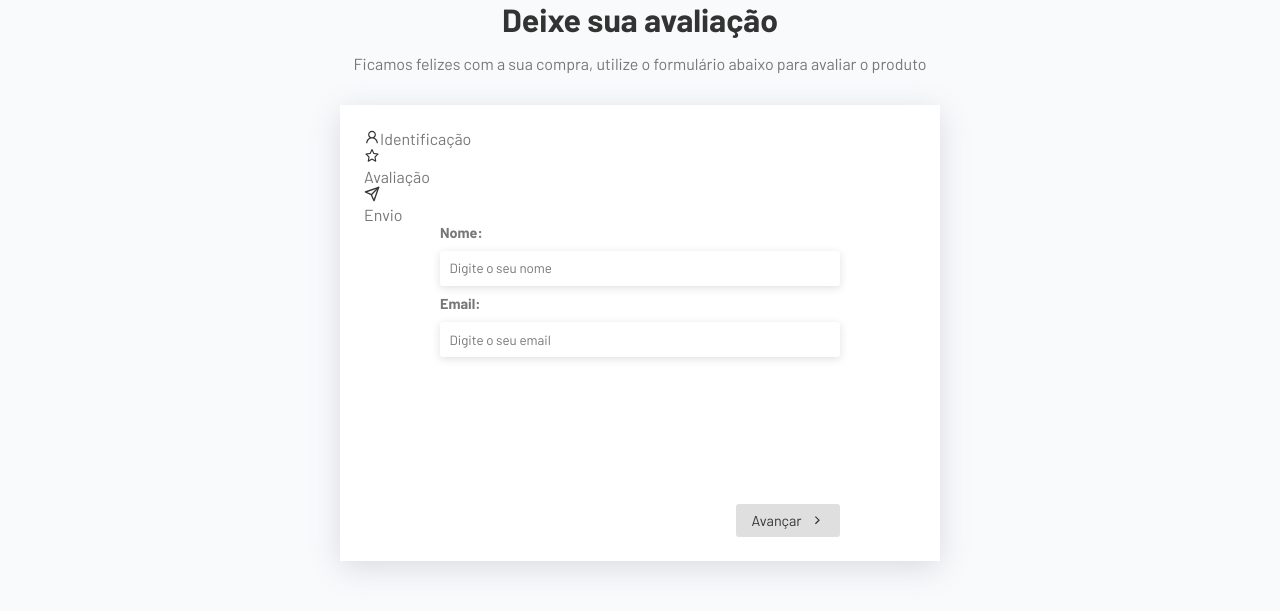
Repository: Bitroia/multistep_form_react
Page: / (app in multistep_form_react/)
An editor plug-in stored every save of this project. The page is shown before and after the next save, followed by the edit.
The browser window is 1280 px wide. The pictures show the whole page.
The project was rebuilt for these pictures with package versions that can differ from the ones it lists, and the page was loaded fresh each time. Also part of the build but not shown: multistep_form_react/vite.config.js, multistep_form_react/src/components/ReviewForm.jsx, multistep_form_react/src/components/Thanks.jsx.

Above is the page before, as saved 2026-06-12 14:27:45.

### multistep_form_react/index.html
<!doctype html>
<html lang="pt-br">
  <head>
    <meta charset="UTF-8" />
    <link rel="icon" type="image/svg+xml" href="/favicon.svg" />
    <link rel="preconnect" href="https://fonts.googleapis.com" />
    <link rel="preconnect" href="https://fonts.gstatic.com" crossorigin />
    <link
      href="https://fonts.googleapis.com/css2?family=Barlow:ital,wght@0,100;0,200;0,300;0,400;0,500;0,600;0,700;0,800;0,900;1,100;1,200;1,300;1,400;1,500;1,600;1,700;1,800;1,900&family=Lato:ital,wght@0,100;0,300;0,400;0,700;0,900;1,100;1,300;1,400;1,700;1,900&family=Montserrat:ital,wght@0,100..900;1,100..900&family=Roboto:ital,wght@0,100..900;1,100..900&display=swap"
      rel="stylesheet"
    />
    <meta name="viewport" content="width=device-width, initial-scale=1.0" />
    <title>Multistep Form com React</title>
  </head>
  <body>
    <div id="root"></div>
    <script type="module" src="/src/main.jsx"></script>
  </body>
</html>

### multistep_form_react/src/index.css
* {
  font-family: "Barlow";
  padding: 0;
  margin: 0;
  box-sizing: border-box;
  color: #333;
}

p {
  color: #777;
}

body {
  background-color: #f9fafc;
}

### multistep_form_react/src/App.jsx
//! Components
import { GrFormNext, GrFormPrevious } from "react-icons/gr";
import { FiSend } from "react-icons/fi";
import UserForm from "./components/UserForm";
import ReviewForm from "./components/ReviewForm";
import Thanks from "./components/Thanks";
import Steps from "./components/Steps";
import { useState } from "react";

//! Hooks

import { useForm } from "./hooks/UseForm";

import "./App.css";

function App() {
  const formComponents = [<UserForm />, <ReviewForm />, <Thanks />];

  const { currentStep, currentComponent, changeStep, isLastStep, isFirstStep } =
    useForm(formComponents);

  return (
    <div className="App">
      <div className="header">
        <h2>Deixe sua avaliação</h2>
        <p>
          Ficamos felizes com a sua compra, utilize o formulário abaixo para
          avaliar o produto
        </p>
      </div>
      <div className="form-container">
        <Steps currentStep={currentStep} />
        <form onSubmit={(e) => changeStep(currentStep + 1, e)}>
          <div className="inputs-container">{currentComponent}</div>
          <div className="actions">
            {!isFirstStep && (
              <button type="button" onClick={() => changeStep(currentStep - 1)}>
                <GrFormPrevious />
                <span>Voltar</span>
              </button>
            )}
            {!isLastStep ? (
              <button type="submit">
                <span>Avançar</span>
                <GrFormNext />
              </button>
            ) : (
              <button type="button">
                <span>Enviar</span>
                <FiSend />
              </button>
            )}
          </div>
        </form>
      </div>
    </div>
  );
}

export default App;

### multistep_form_react/src/components/UserForm.jsx
import React from "react";

const UserForm = () => {
  return (
    <div>
      <div className="form-control">
        <label htmlFor="name">Nome:</label>
        <input
          type="text"
          name="text"
          id="name"
          placeholder="Digite o seu nome"
          required
        />
        <label htmlFor="name">Email:</label>
        <input
          type="email"
          name="email"
          id="email"
          placeholder="Digite o seu email"
          required
        />
      </div>
    </div>
  );
};

export default UserForm;

### multistep_form_react/src/components/Steps.jsx
import React from "react";
import "./Steps.css";
import { AiOutlineUser, AiOutlineStar } from "react-icons/ai";
import { FiSend } from "react-icons/fi";

const Steps = ({currentStep}) => {
  return (
    <div className="steps">
      <div className="step active">
        <AiOutlineUser />
        <p>Identificação</p>
      </div>
      <div className={`step ${currentStep >= 1 ? "active" : ""}`}>
        <AiOutlineStar />
        <p>Avaliação</p>
      </div>
      <div className={`step ${currentStep >= 2 ? "active" : ""}`}>
        <FiSend />
        <p>Envio</p>
      </div>
    </div>
  );
};

export default Steps;

### multistep_form_react/src/hooks/useForm.jsx
import { useState } from "react";

export function useForm(steps) {
  const [currentStep, setCurrentStep] = useState(0);

  function changeStep(i, e) {
    if (e) e.preventDefault();

    if (i < 0 || i >= steps.length) return;

    setCurrentStep(i);
  }

  return {
    currentStep,
    currentComponent: steps[currentStep],
    changeStep,
    isLastStep: currentStep + 1 === steps.length ? true : false,
    isFirstStep: currentStep === 0 ? true : false,
  };
}

### multistep_form_react/src/App.css
.app {
  padding: 2rem;
}

/* Cabeçalho */

.header {
  text-align: center;
  margin-bottom: 2rem;
}

.header h2 {
  font-size: 2rem;
  margin-bottom: 1rem;
}

/* Forms */

.form-container {
  max-width: 600px;
  margin: 0 auto;
  background-color: #fff;
  padding: 1.5rem;
  box-shadow: rgba(100, 100, 111, 0.2) 0px 7px 29px 0px;
}

.form-container form {
  max-width: 400px;
  margin: 0 auto;
}

.inputs-container {
  min-height: 280px;
}

.form-control {
  display: flex;
  flex-direction: column;
  margin-bottom: 2rem;
  gap: 0.6rem;
}

label {
  font-weight: bold;
  font-size: 0.9rem;
  color: #777;
}

input,
textarea {
  padding: 0.6rem;
  border: none;
  border-radius: 3px;
  box-shadow: rgba(99, 99, 99, 0.2) 0px 2px 8px 0;
}

textarea {
  height: 120px;
}

/* Actions */

.actions {
  display: flex;
  justify-content: flex-end;
  gap: 1rem;
}

.actions button {
  font-size: 0.9rem;
  padding: 0.5rem 1rem;
  gap: 0.5rem;
  display: flex;
  align-items: center;
  border-radius: 3px;
  background-color: #dfdfdf;
  cursor: pointer;
  border: none;
  transition: 0.3s;
}

.actions button:hover{
    background-color: #cfcfcf;
}

### multistep_form_react/src/components/Steps.css
.active{
    display: flex;
    gap
}

Loaded but not shown: multistep_form_react/src/main.jsx (common file)

After the next save:
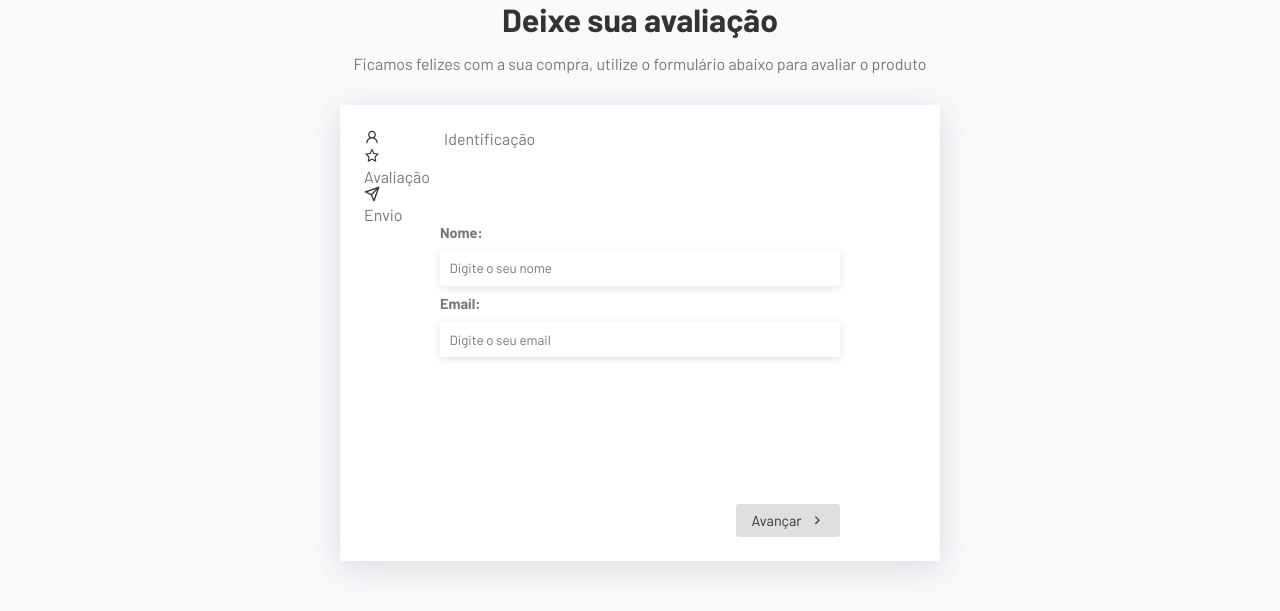
Saved 4 s later.
--- a/multistep_form_react/src/components/Steps.css
+++ b/multistep_form_react/src/components/Steps.css
@@ -1,4 +1,5 @@
 .active{
     display: flex;
-    gap
+    gap: 4rem;
+    justify-content: ;
 }
